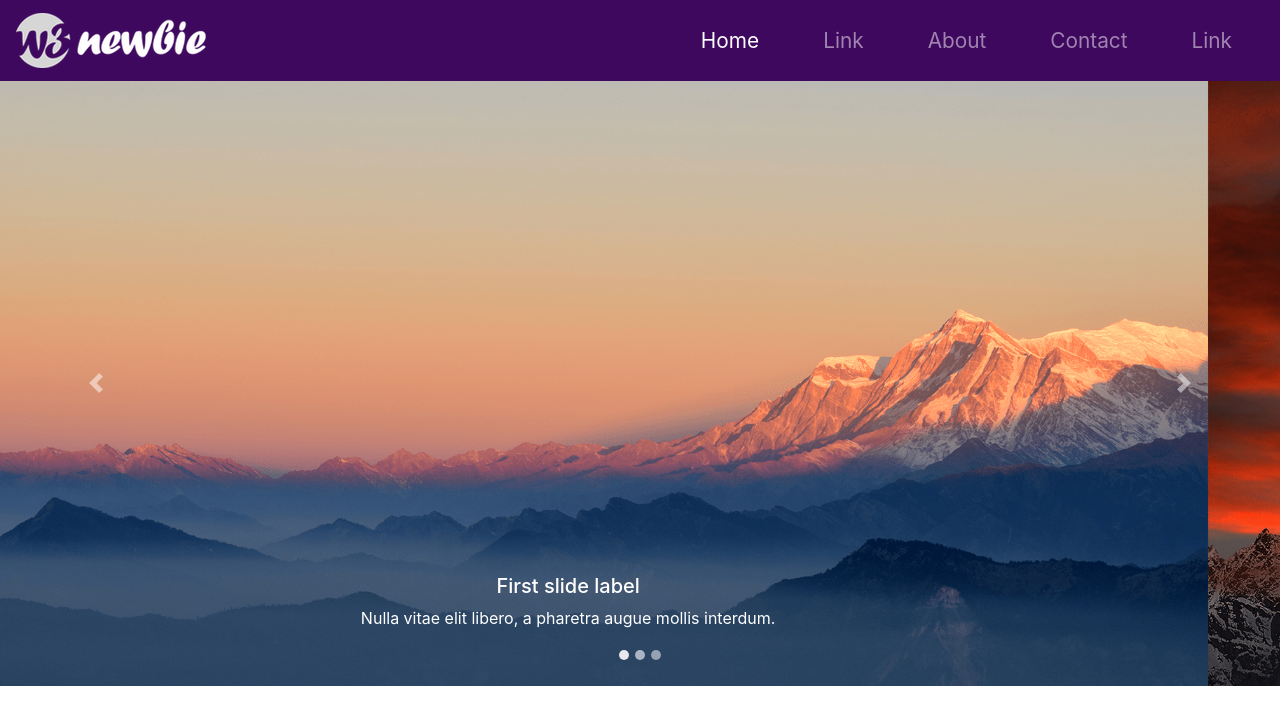
Repository: Mietlicha/bootstrap-project
Page: Bootstrap Website Files/index.html
The author's editor kept a copy of each file at every save. The page is drawn from the files as they stood at one save, then again after the next save.
The browser window is 1280 px wide. The pictures show the whole page.

Above is the page before, as saved 2019-10-28 21:45:32.

### Bootstrap Website Files/index.html
<!DOCTYPE html>
<html lang="en">

<head>
  <title>Bootstrap Website Tutorial</title>
  <meta charset="utf-8">
  <meta name="viewport" content="width=device-width, initial-scale=1">
  <link rel="stylesheet" href="https://stackpath.bootstrapcdn.com/bootstrap/4.3.1/css/bootstrap.min.css"
    integrity="sha384-ggOyR0iXCbMQv3Xipma34MD+dH/1fQ784/j6cY/iJTQUOhcWr7x9JvoRxT2MZw1T" crossorigin="anonymous">
  <link rel="stylesheet" href="https://cdnjs.cloudflare.com/ajax/libs/font-awesome/4.7.0/css/font-awesome.min.css">
  <link rel="stylesheet" href="..//style.css">
</head>

<body>
  <!--Navbar-->
  <nav class="navbar navbar-expand-md navbar-dark bg-violet">
    <a class="navbar-brand" href="#"><img src="img/w3newbie.png" alt="logo"></a>
    <button class="navbar-toggler" type="button" data-toggle="collapse" data-target="#navbarSupportedContent"
      aria-controls="navbarSupportedContent" aria-expanded="false" aria-label="Toggle navigation">
      <span class="navbar-toggler-icon"></span>
    </button>

    <div class="collapse navbar-collapse" id="navbarSupportedContent">
      <ul class="navbar-nav ml-auto">
        <li class="nav-item active">
          <a class="nav-link" href="#">Home <span class="sr-only">(current)</span></a>
        </li>
        <li class="nav-item">
          <a class="nav-link" href="#">Link</a>
        </li>
        <li class="nav-item">
          <a class="nav-link" href="#">About</a>
        </li>
        <li class="nav-item">
          <a class="nav-link" href="#">Contact</a>
        </li>
        <li class="nav-item">
          <a class="nav-link" href="#">Link</a>
        </li>
      </ul>
    </div>
  </nav>

   <!--Slider-->
   <div id="carouselExampleIndicators" class="carousel slide" data-ride="carousel">
      <ol class="carousel-indicators">
        <li data-target="#carouselExampleIndicators" data-slide-to="0" class="active"></li>
        <li data-target="#carouselExampleIndicators" data-slide-to="1"></li>
        <li data-target="#carouselExampleIndicators" data-slide-to="2"></li>
      </ol>
      <div class="carousel-inner">
        <div class="carousel-item active">
          <img src="img/mountains.png" class="d-block w-100" alt="mountains">
          <div class="carousel-caption d-none d-md-block">
              <h5>First slide label</h5>
              <p>Nulla vitae elit libero, a pharetra augue mollis interdum.</p>
            </div>
        </div>
        <div class="carousel-item">
          <img src="img/red.png" class="d-block w-100" alt="dusk at mountains">
        </div>
        <div class="carousel-item">
          <img src="img/snow.png" class="d-block w-100" alt="snowy mountains">
        </div>
      </div>
      <a class="carousel-control-prev" href="#carouselExampleIndicators" role="button" data-slide="prev">
        <span class="carousel-control-prev-icon" aria-hidden="true"></span>
        <span class="sr-only">Previous</span>
      </a>
      <a class="carousel-control-next" href="#carouselExampleIndicators" role="button" data-slide="next">
        <span class="carousel-control-next-icon" aria-hidden="true"></span>
        <span class="sr-only">Next</span>
      </a>
    </div>

  <script src="https://code.jquery.com/jquery-3.3.1.slim.min.js"
    integrity="sha384-q8i/X+965DzO0rT7abK41JStQIAqVgRVzpbzo5smXKp4YfRvH+8abtTE1Pi6jizo"
    crossorigin="anonymous"></script>
  <script src="https://cdnjs.cloudflare.com/ajax/libs/popper.js/1.14.7/umd/popper.min.js"
    integrity="sha384-UO2eT0CpHqdSJQ6hJty5KVphtPhzWj9WO1clHTMGa3JDZwrnQq4sF86dIHNDz0W1"
    crossorigin="anonymous"></script>
  <script src="https://stackpath.bootstrapcdn.com/bootstrap/4.3.1/js/bootstrap.min.js"
    integrity="sha384-JjSmVgyd0p3pXB1rRibZUAYoIIy6OrQ6VrjIEaFf/nJGzIxFDsf4x0xIM+B07jRM"
    crossorigin="anonymous"></script>
</body>

</html>

### style.css
*{
    box-sizing: border-box;
}

body{
    margin: 0;
    padding: 0;
}

/*Navbar*/
.bg-violet{
    background-color: rgb(63, 8, 95);
}

.nav-item{
    padding: 0 1.5rem;
    font-size: 1.3rem;
}

.navbar-dark .navbar-nav .nav-link:hover {
    color: rgb(255,255,255);
}

/*Slider*/
.carousel-indicators > li {
    width: 10px;
    height: 10px;
    border-radius: 50%;
  }

After the next save:
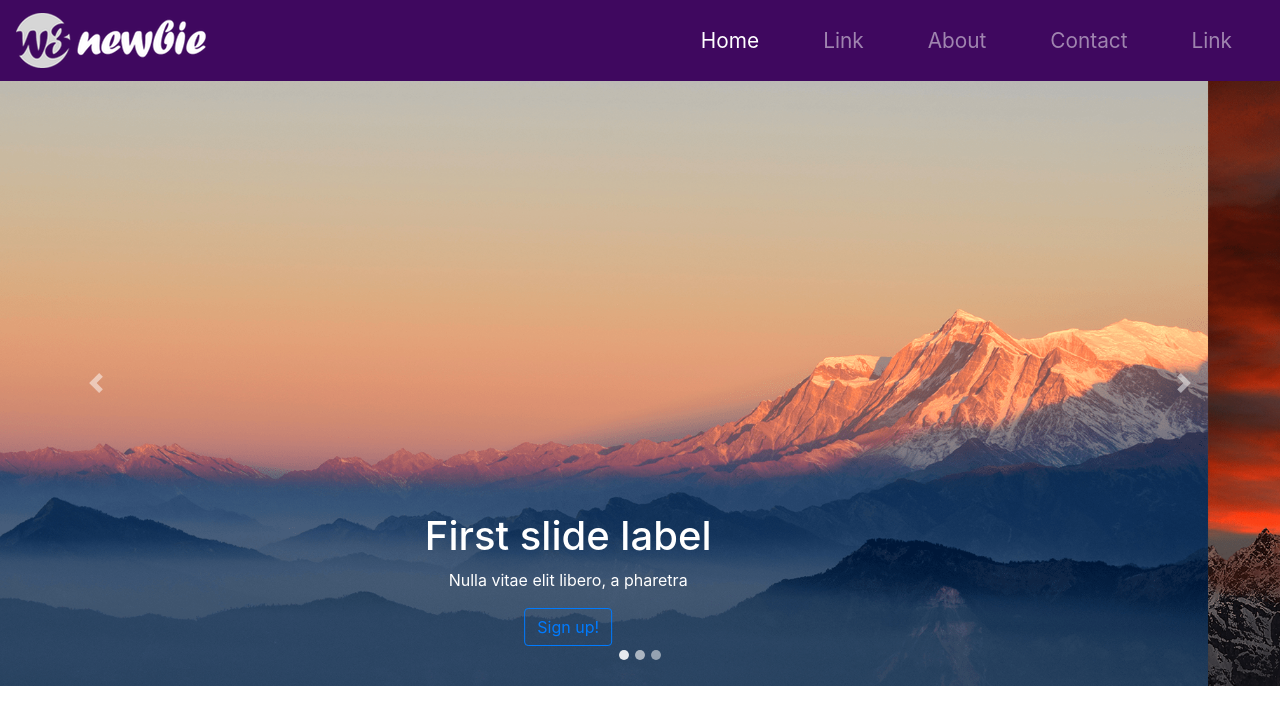
Saved 3 min 24 s later.
--- a/Bootstrap Website Files/index.html
+++ b/Bootstrap Website Files/index.html
@@ -52,8 +52,9 @@
         <div class="carousel-item active">
           <img src="img/mountains.png" class="d-block w-100" alt="mountains">
           <div class="carousel-caption d-none d-md-block">
-              <h5>First slide label</h5>
-              <p>Nulla vitae elit libero, a pharetra augue mollis interdum.</p>
+              <h1>First slide label</h1>
+              <p>Nulla vitae elit libero, a pharetra</p>
+              <button type="button" class="btn btn-outline-primary">Sign up!</button>
             </div>
         </div>
         <div class="carousel-item">
